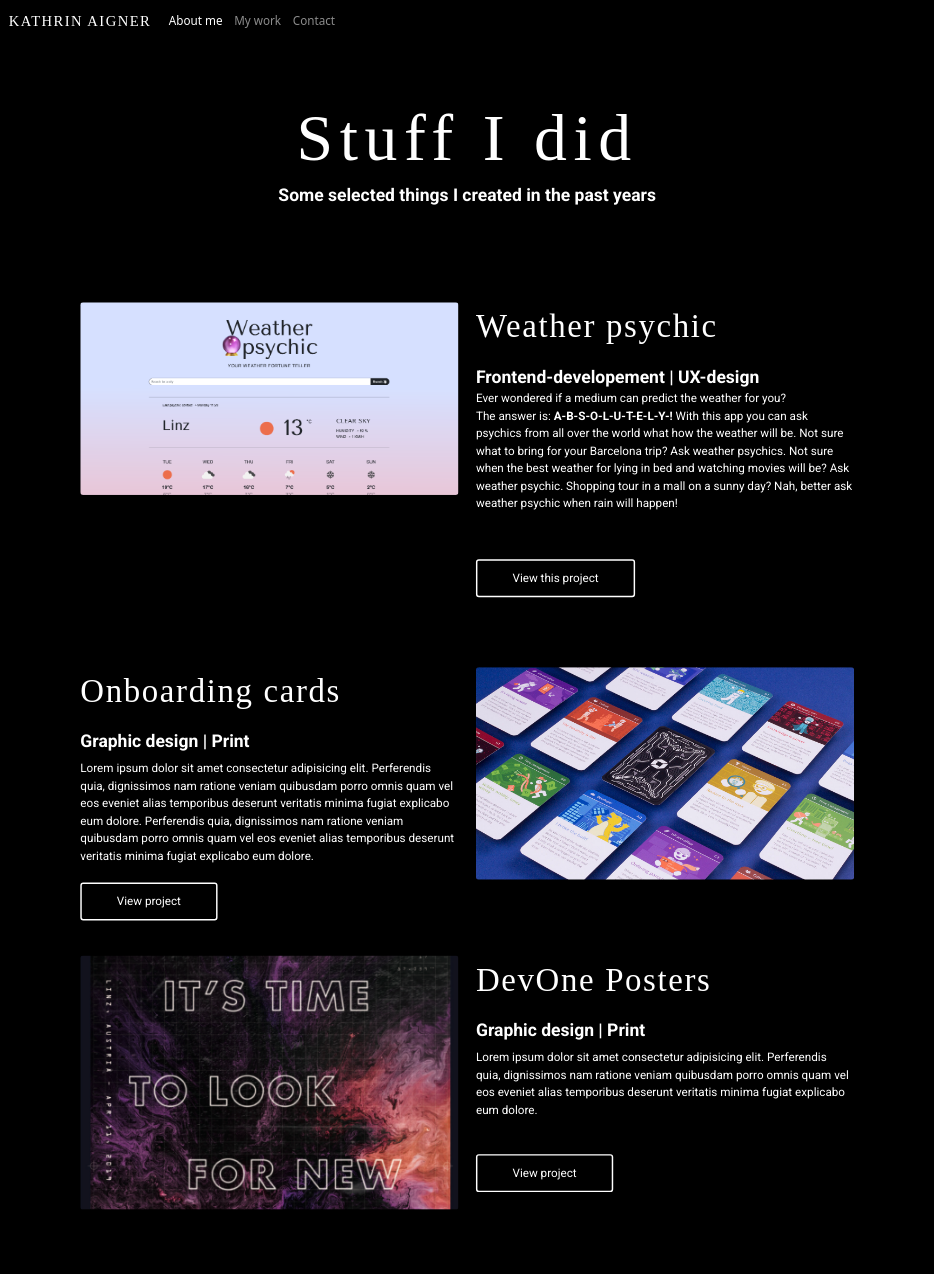
Repository: kathrin-aigner/Portfolio-2022
Page: work.html
These files come from the project's save history. The page is drawn as it stood at one moment and after the next save; the edit follows.
The browser window is 1280 px wide. The pictures show the whole page, at 73% of full size.
Some web fonts or font styles are not loaded; a fallback is used. Some web libraries are served in a nearby version.

Above is the page before, as saved 2022-03-28 14:40:37.

After the next save:
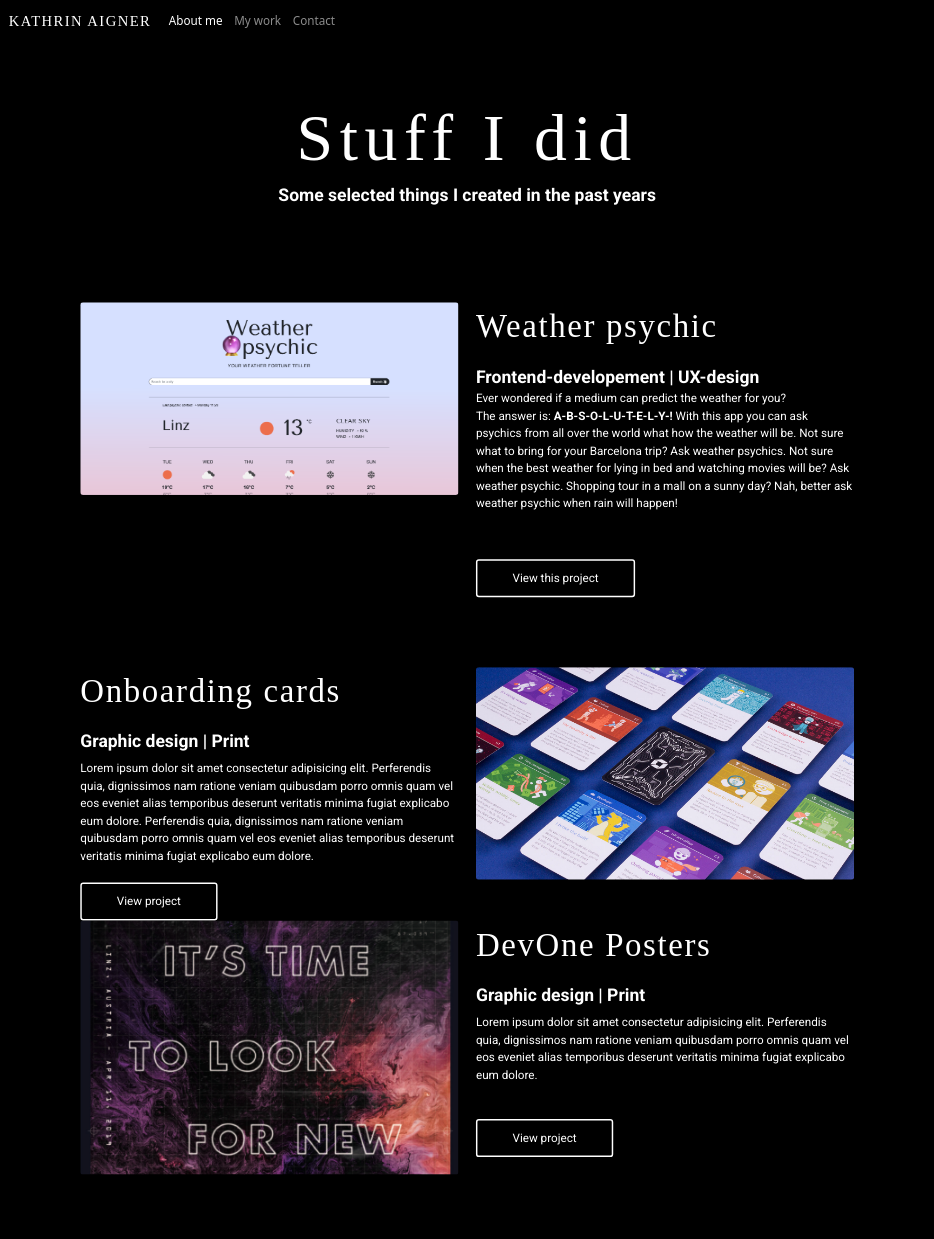
Saved 3 min 27 s later.
--- a/work.html
+++ b/work.html
@@ -129,7 +129,7 @@
           />
         </div>
       </div>
-      <div class="row mt-5 mb-5">
+      <div class="row mb-5">
         <div class="col-sm-6">
           <img
             src="/images/devOne.png"

After the save that followed:
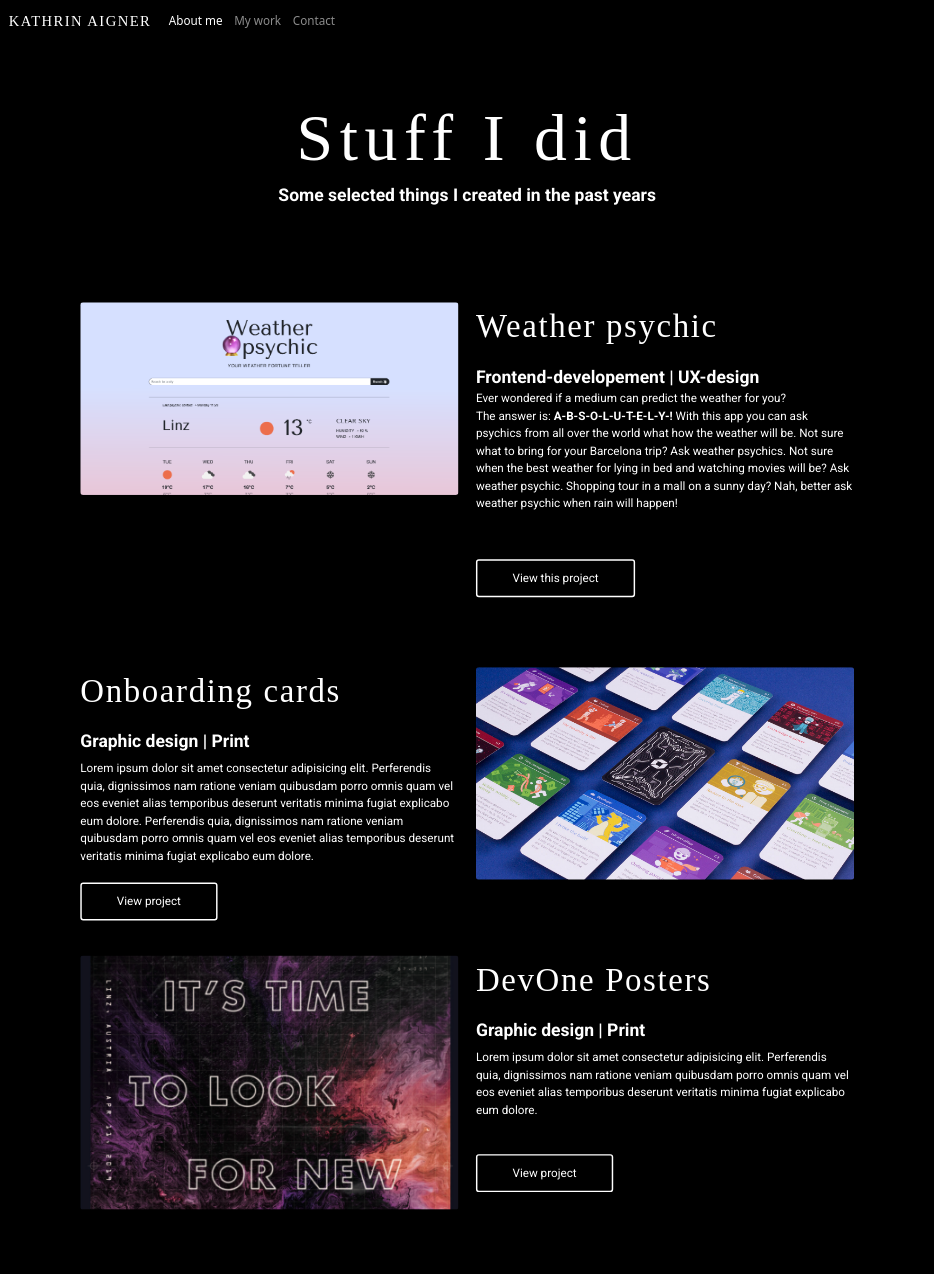
Saved 6 s later.
--- a/work.html
+++ b/work.html
@@ -129,7 +129,7 @@
           />
         </div>
       </div>
-      <div class="row mb-5">
+      <div class="row mt-5 mb-5">
         <div class="col-sm-6">
           <img
             src="/images/devOne.png"
